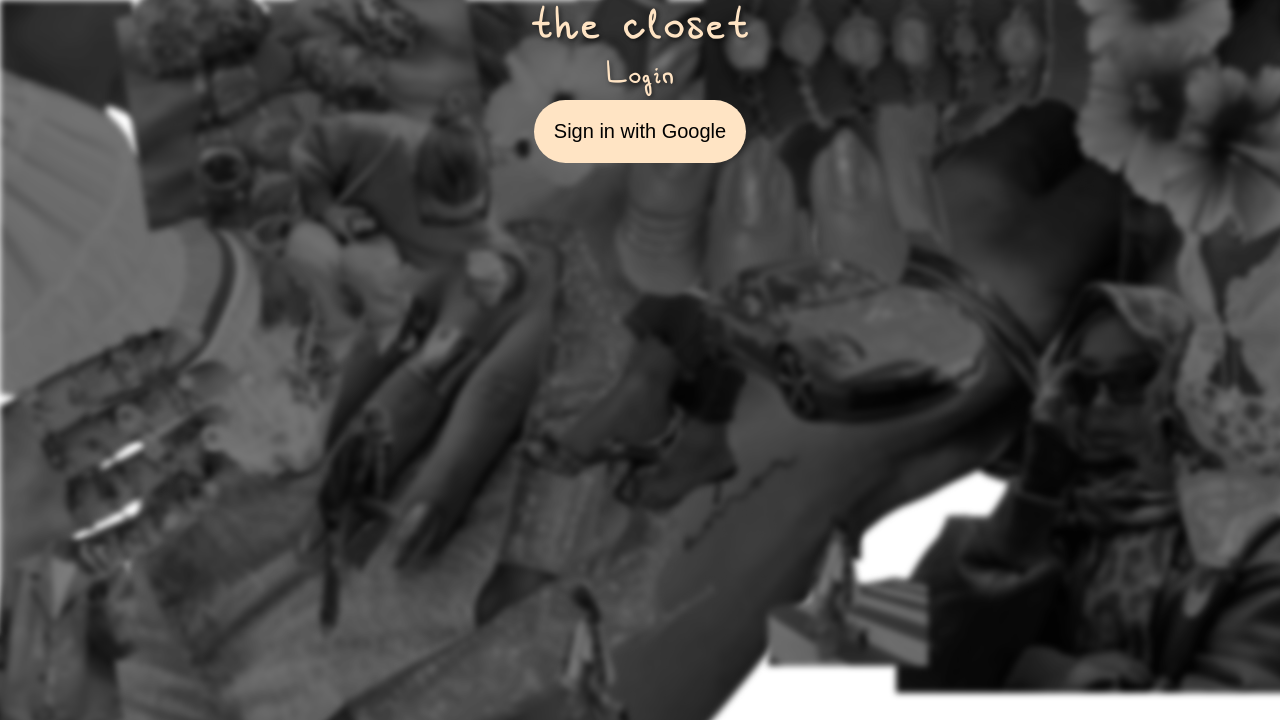
Repository: karla-sikavica/theCloset
Page: / (app in frontend/)
An editor plug-in stored every save of this project. The page is shown before and after the next save, followed by the edit.
The browser window is 1280 px wide. The pictures show the whole page.
The project was rebuilt for these pictures with package versions that can differ from the ones it lists, and the page was loaded fresh each time. Also part of the build but not shown: frontend/vite.config.ts.

Above is the page before, as saved 2025-03-29 16:21:18.

After the next save:
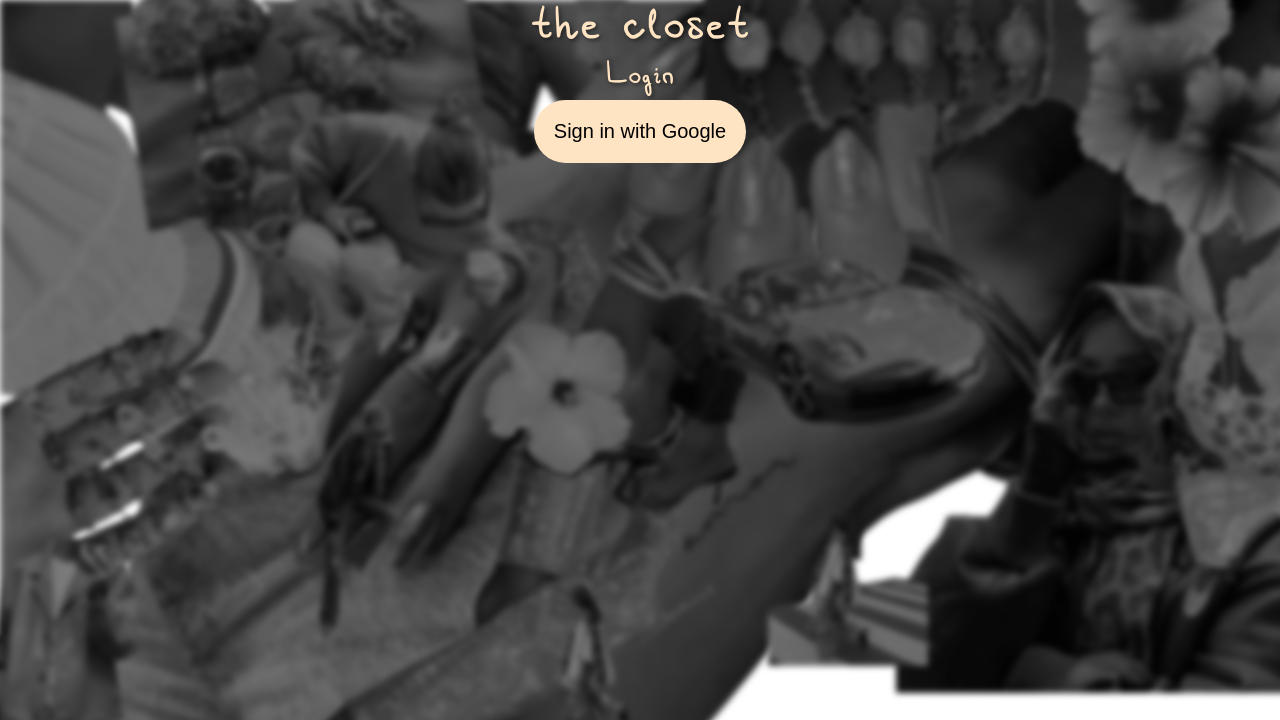
Saved 49 s later.
--- a/frontend/src/components/ui/Collage.tsx
+++ b/frontend/src/components/ui/Collage.tsx
@@ -175,7 +175,7 @@
   },
   {
     src: "/images/photo%20(29).png",
-    top: "-10%",
+    top: "30%",
     left: "35%",
     width: "270px",
     rotate: "180deg",
